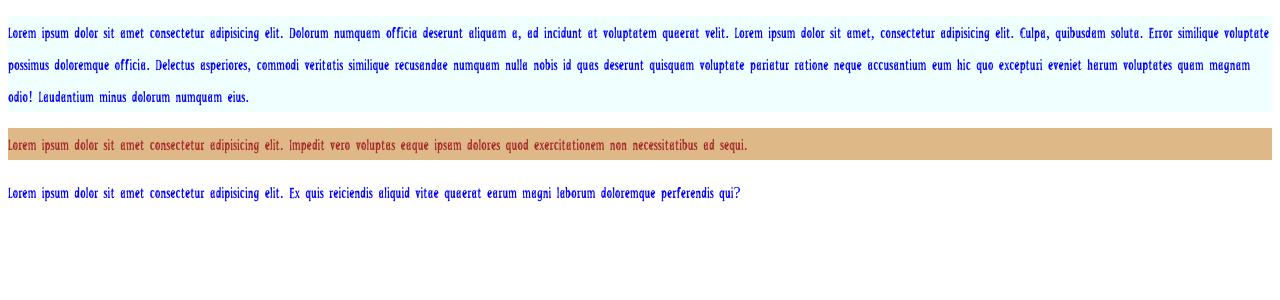
Repository: shazib2023/wtwdt-8
Page: index.html
An editor plug-in stored every save of this project. The page is shown before and after a run of saves, followed by the edit.
The browser window is 1280 px wide. The pictures show the whole page.

Above is the page before, as saved 2023-10-30 15:22:17.

### index.html
<!DOCTYPE html>
<html lang="en">
<head>
    <meta charset="UTF-8">
    <meta name="viewport" content="width=device-width, initial-scale=1.0">
    <title>Document</title>
    <style>
        p{
            color: blue;
        }
    </style>
    <link rel="stylesheet" href="css/style.css">
</head>
<body>
    <p style="background-color: azure;">Lorem ipsum dolor sit amet consectetur adipisicing elit. Dolorum numquam officia deserunt aliquam a, ad incidunt at voluptatem quaerat velit. Lorem ipsum dolor sit amet, consectetur adipisicing elit. Culpa, quibusdam soluta. Error similique voluptate possimus doloremque officia. Delectus asperiores, commodi veritatis similique recusandae numquam nulla nobis id quas deserunt quisquam voluptate pariatur ratione neque accusantium eum hic quo excepturi eveniet harum voluptates quam magnam odio! Laudantium minus dolorum numquam eius.
    </p>
    <p id="para1">
        Lorem ipsum dolor sit amet consectetur adipisicing elit. Impedit vero voluptas eaque ipsam dolores quod exercitationem non necessitatibus ad sequi.
    </p>
    <p>
        Lorem ipsum dolor sit amet consectetur adipisicing elit. Ex quis reiciendis aliquid vitae quaerat earum magni laborum doloremque perferendis qui?
    </p>
</body>
</html>

### css/style.css
p{
    font-family: devil;
    line-height: 200%;
}
@font-face {
    font-family: devil;
    src: url(/fonts/SDHauntedHouse_demo.otf);
}

#para1{
    background-color: burlywood;
    color: brown;
}

.para2{
    background-image: url(/images/images.jpg) ;
}

After the next 2 saves:
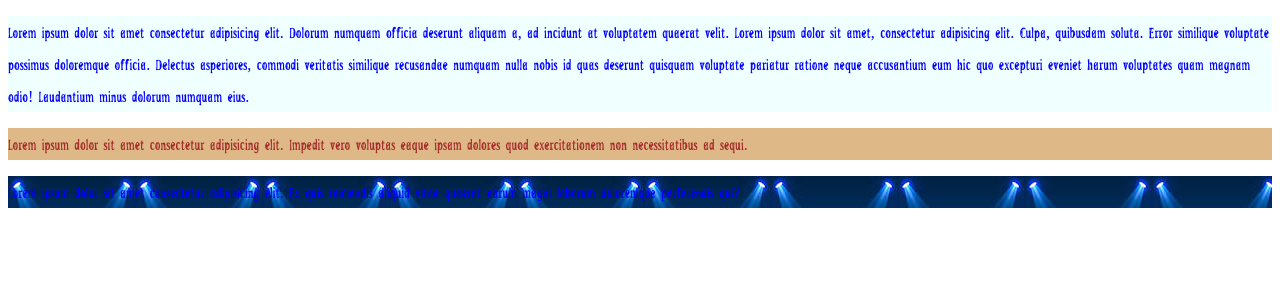
The 2 saves are shown as one change because they came seconds apart.
The last was saved 10 s later.
--- a/index.html
+++ b/index.html
@@ -17,7 +17,7 @@
     <p id="para1">
         Lorem ipsum dolor sit amet consectetur adipisicing elit. Impedit vero voluptas eaque ipsam dolores quod exercitationem non necessitatibus ad sequi.
     </p>
-    <p>
+    <p class="para2">
         Lorem ipsum dolor sit amet consectetur adipisicing elit. Ex quis reiciendis aliquid vitae quaerat earum magni laborum doloremque perferendis qui?
     </p>
 </body>
